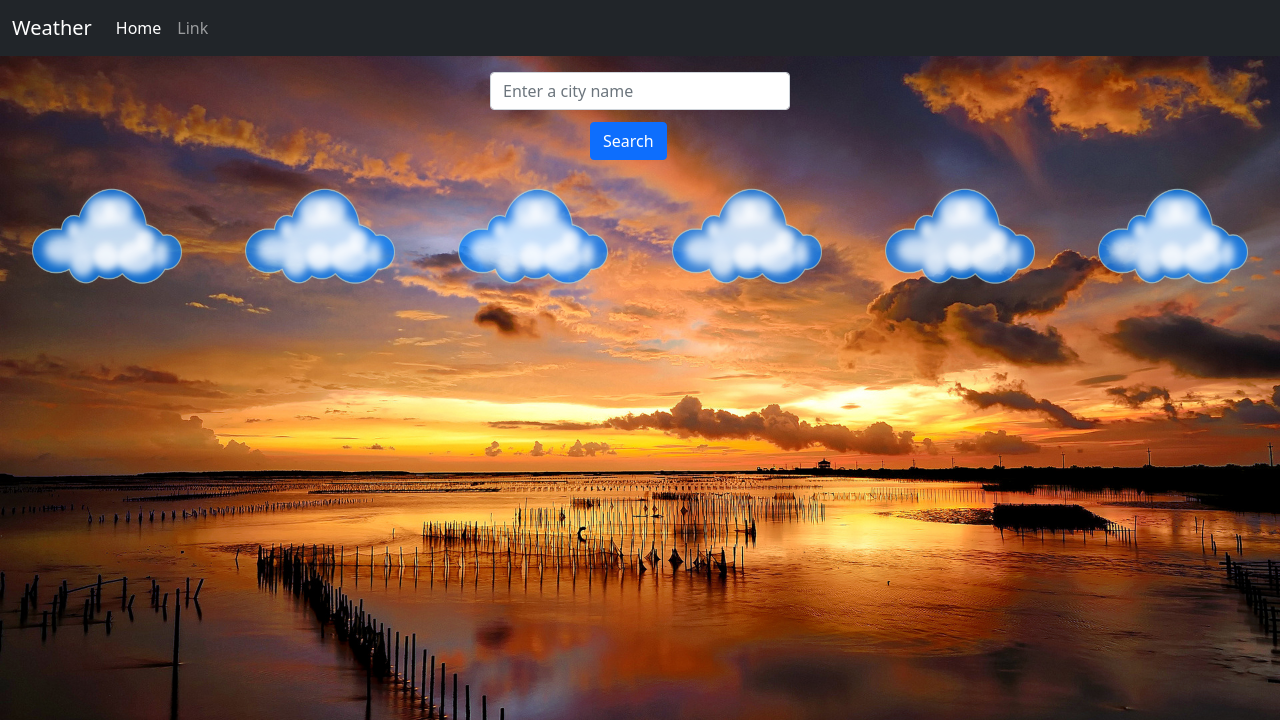
Repository: rohitbharti258/Project_Weather_finder
Page: index.html
The author's editor kept a copy of each file at every save. The page is drawn from the files as they stood at one save, then again after the next save.
The browser window is 1280 px wide. The pictures show the whole page.

Above is the page before, as saved 2022-02-28 12:59:40.

### index.html
<!DOCTYPE html>
<html lang="en">

<head>
    <meta charset="UTF-8">
    <meta http-equiv="X-UA-Compatible" content="IE=edge">
    <meta name="viewport" content="width=device-width, initial-scale=1.0">
    <title>Weather App</title>
    <link rel="stylesheet" href="style.css">
    <link href="https://cdn.jsdelivr.net/npm/bootstrap@5.1.3/dist/css/bootstrap.min.css" rel="stylesheet"
        integrity="sha384-1BmE4kWBq78iYhFldvKuhfTAU6auU8tT94WrHftjDbrCEXSU1oBoqyl2QvZ6jIW3" crossorigin="anonymous">
</head>

<body>
    <nav class="navbar navbar-expand-lg navbar-dark bg-dark">
        <div class="container-fluid">
            <a class="navbar-brand" href="#">Weather</a>
            <button class="navbar-toggler" type="button" data-bs-toggle="collapse"
                data-bs-target="#navbarSupportedContent" aria-controls="navbarSupportedContent" aria-expanded="false"
                aria-label="Toggle navigation">
                <span class="navbar-toggler-icon"></span>
            </button>
            <div class="collapse navbar-collapse" id="navbarSupportedContent">
                <ul class="navbar-nav me-auto mb-2 mb-lg-0">
                    <li class="nav-item">
                        <a class="nav-link active" aria-current="page" href="#">Home</a>
                    </li>
                    <li class="nav-item">
                        <a class="nav-link" href="#">Link</a>
                    </li>
                </ul>
            </div>
        </div>
    </nav>
    <div class="cloud">
        <img src="./cloud.png" alt="" srcset="">
        <img src="./cloud.png" alt="" srcset="">
        <img src="./cloud.png" alt="" srcset="">
        <img src="./cloud.png" alt="" srcset="">
        <img src="./cloud.png" alt="" srcset="">
        <img src="./cloud.png" alt="" srcset="">
    </div>
    <div class="container my-3">
        <div class="form">
        <!-- <form class="row g-3 ">  -->
            <div class="col-auto" style="width: 300px;">
                <input type="text" class="form-control" id="inputPassword2" placeholder="Enter a city name">
            </div>
            <div class="col-auto">
                <button type="submit" class="btn btn-primary mb-3">Search</button>
            </div>
        <!-- </form> -->
        </div>
    <!-- </div> -->
    <div class="weatherBox">

    </div>
    </div>
    <script src="index.js"></script>
    <!-- <script src="https://cdn.jsdelivr.net/npm/@popperjs/core@2.10.2/dist/umd/popper.min.js"
        integrity="sha384-7+zCNj/IqJ95wo16oMtfsKbZ9ccEh31eOz1HGyDuCQ6wgnyJNSYdrPa03rtR1zdB"
        crossorigin="anonymous"></script>
    <script src="https://cdn.jsdelivr.net/npm/bootstrap@5.1.3/dist/js/bootstrap.min.js"
        integrity="sha384-QJHtvGhmr9XOIpI6YVutG+2QOK9T+ZnN4kzFN1RtK3zEFEIsxhlmWl5/YESvpZ13"
        crossorigin="anonymous"></script>
    <script type="module" src="https://unpkg.com/ionicons@5.5.2/dist/ionicons/ionicons.esm.js"></script>
    <script nomodule src="https://unpkg.com/ionicons@5.5.2/dist/ionicons/ionicons.js"></script> -->
</body>

<!-- // <img src="https://img.icons8.com/color/48/000000/wet.png"/>
// <img src="https://img.icons8.com/color/48/000000/partly-cloudy-day--v1.png"/>
// <img src="https://img.icons8.com/color/48/000000/rain--v2.png"/>  -->


</html>

### style.css
body {
    /* background:linear-gradient(180deg,#5959b3 0%,skyBlue 100%); */
    background: url("./img/bgimg.jpg");
    /* background: url("https://cdn.wallpapersafari.com/43/51/iQEfDy.jpg"); */
    background-repeat: no-repeat;
    background-size: cover;
    width: 100vw;
    height: 100vh;
}

.form {
    width: 300px;
    margin: 0 auto;
}
.cloud{
    display: flex;
    justify-content: space-around;
    align-items: center;
    position: absolute;
    bottom:10px;
    min-width:100%;
    animation: cloud 7s linear infinite;
}
@keyframes cloud {
    0%{
        bottom: -100px;
    }
    100%{
        bottom:90%;
    }
}
.cloud img{
    width:150px;
    height:100px;
}
.weatherBox {
    margin-left: 120px;
    width: 235px;
    height: 300px;
    margin: 0 auto;
    z-index: 1000;
}

.Box {
    display: flex;
    flex-direction: column;
    width: 100%;
    box-shadow: 0px 20px 20px rgba(255, 255, 255, 0.3);
    height: 100%;
    /* border:2px solid; */
    /* border-color: linear-gradient(red,blue); */
    border-radius: 10px;
}

.temp {
    margin-bottom: 15px;
    display: flex;
    justify-content: space-around;
    flex-direction: column;
    float: right;
    font-size: 13px;
    position: absolute;
    right: 40px;
    font-family: -apple-system, BlinkMacSystemFont, 'Segoe UI', Roboto, Oxygen, Ubuntu, Cantarell, 'Open Sans', 'Helvetica Neue', sans-serif;
}

.tempNow {
    text-align: center;
}

.minmax {
    display: flex;
    justify-content: center;
    /* display: none; */
}

.minmax :first-child {
    margin-right: 5px;
}

.cardBox {
    /* border: 2px solid red; */
    width: 100%;
    height: 100%;
    position: relative;
    display: flex;
    justify-content: center;
    align-items: center;
    z-index: 10;
    background: linear-gradient( 135deg, #2196f3, #00bcd4);
    /* border-radius: 20px; */
    /* border-bottom: 2px solid red; */
}

.content {
    width: 100%;
    height: 170px;
    /* border: 1px solid green; */
    /* border: 1px solid #009688; */
    /* border-radius: 20px; */
    border-top: none;
    padding: 30px;
    position: relative;
    backdrop-filter: blur(10px);
    background: linear-gradient( 45deg, black, transparent);
}


/* .content::before{
    content: "";
    position: absolute;
    top: -15px;
    width: 16px;
    left: -1px;
    z-index: 1;
    background: linear-gradient(45deg,black,transparent);
        backdrop-filter:blur(10px);
    height: 16px; */


/* } */


/* .content::after{
    content: "";
    position: absolute;
    top: -12px;
    width: 1px;
    right: -1px; background:#009688;
    height: 10px;
} */

.location {
    display: flex;
    justify-content: space-between;
}

.weather {
    display: flex;
    justify-content: space-between;
}

img {
    width: 22px;
    height: 22px;
}

span p {
    text-align: center;
}

.cardinfo {
    width: 350px;
    display: flex;
}

.date {
    position: absolute;
    top: 0;
    right: 10px;
}

.name {
    position: absolute;
    top: 0;
    left: 10px;
}

.cloudinfo img {
    width: 68px;
    height: 68px;
}

.cloudinfo p {
    font-size: 13px;
    color: rgb(15, 7, 7);
    text-align: center;
}

.content span {
    text-align: center;
}

span p {
    font-size: 10px;
    color: white;
    text-align: center;
    display: flex;
    flex-direction: column;
    align-items: center;
    margin: 0;
}

.form :nth-child(2) {
    margin: 12px auto;
    width: 100px;
}

### index.js
console.log("Weather app")
const btn = document.querySelector(".btn");
const input = document.querySelector(".form-control");
const api = "51d41d6f1c399b2abc7a3fcbfbb057c7";
const weatherBox = document.querySelector(".weatherBox")
let city = "";
const arr = ["Jan", "Feb", "Mar", "Apr", "May", "Jun", "Jul", "Aug", "Sep", "Oct", "Nov", "Dec"];
btn.addEventListener("click", (e) => {
    console.log(e);
    e.preventDefault();
    let str2 = ""
    city = input.value;
    console.log(city)
    input.value = ""
    const xhr = new XMLHttpRequest();
    xhr.open("GET", `https://api.openweathermap.org/data/2.5/weather?q=${city}&appid=${api}`, true);

    xhr.onload = function() {
        let obj = JSON.parse(this.responseText);
        console.log(obj.cod)
        if (obj.cod === 429) {
            str2 += obj.message;
            weatherBox.innerHTML = str2;
        } else
        if (this.status == 200) {

            let ob = [];
            // console.log(ob.push(...obj))/
            let cardbox = document.querySelector(".cardBox");
            let content = document.querySelector(".content")
            str = "";
            str2 = "";
            let sunrise = displayEndtime(obj.sys.sunrise);
            let sunset = displayEndtime(obj.sys.sunset);
            let date = displayDay();
            let c = `&#8451`;
            if (obj.cod == "404") {

            } else {
                str += `
            <div class="Box">
                <div class="cardBox">
                    <div class="cloudinfo">
                      <img src=${"./img/"}${obj.weather[0].main}${".png"}>
                      <p>${obj.weather[0].main}${" | "}${"Feels like "}${(obj.main.feels_like-273).toFixed(0)}${c}</p>
                    </div>
                    <div class="name">
                       <span>${obj.name}${" ,"}${obj.sys.country}</span>
                    </div>
                    <div class="date">
                       <p>${date}</p>
                    </div>
                    <div class="temp">
                        <span class="tempNow">${(obj.main.temp -273.15).toFixed(0)}${c}</span>
                        <div class="minmax">
                           <span class="mintemp">${(obj.main.temp_min-273.15).toFixed(0)}${c}</span>
                           <span class="maxtemp">${(obj.main.temp_max-273.15).toFixed(0)}${c}</span>
                        </div>
                    </div>
                </div>
                <div class="content">
                    <div class="weather">
                        <span class="humidity"><img src="./img/blur.png"/>
                           <p>${obj.main.humidity}${"%"}</p>
                           <p>Humidity</p>
                        </span>
                        <span class="wind"><img src="./img/wind.png"/>
                           <p>${obj.wind.speed}${"m/s"}</p>
                           <p>Wind</p>
                        </span>
                        <span class="sunrise"> <img src="./img/sunrise.png"/>
                           <p>${sunrise}</p>
                           <p>Sunrise</p>
                        </span>
                    </div>
                    <div class="location">
                        <span class="lat">  <img src="./img/latitude.png"/>
                          <p>${obj.coord.lat.toFixed(2)}</p>
                          <p>Latitude</p>
                        </span>
                        <span class="lon"> <img src="./img/longitude.png"/>
                          <p>${obj.coord.lon.toFixed(2)}</p><p>Longitude</p></span>
                        <span class="sunrise"><img src="./img/sunset.png"/>
                          <p>${sunset}</p>
                          <p>Sunset</p>
                        </span>
                    </div>
                </div>
            </div>`;
                weatherBox.innerHTML = str;
                // console.log(str);
            }
        } else {
            console.log("error");
            str2 += "City not found";
            weatherBox.innerHTML = str2;
        }
    }
    xhr.send();
});

function displayEndtime(tstamp) {
    const end = new Date(tstamp);

    const hour = end.getHours();
    const min = end.getMinutes();
    const dis = `${hour > 12 ? hour - 12 : hour}:${min < 10 ? "0" : ""}${min}`;
    return dis;
}

function displayDay() {
    const end = new Date();

    const date = end.getDate();
    const mon = end.getMonth();
    const dis = `${arr[mon]}${","}${date}`;
    return dis;
}

After the next save:
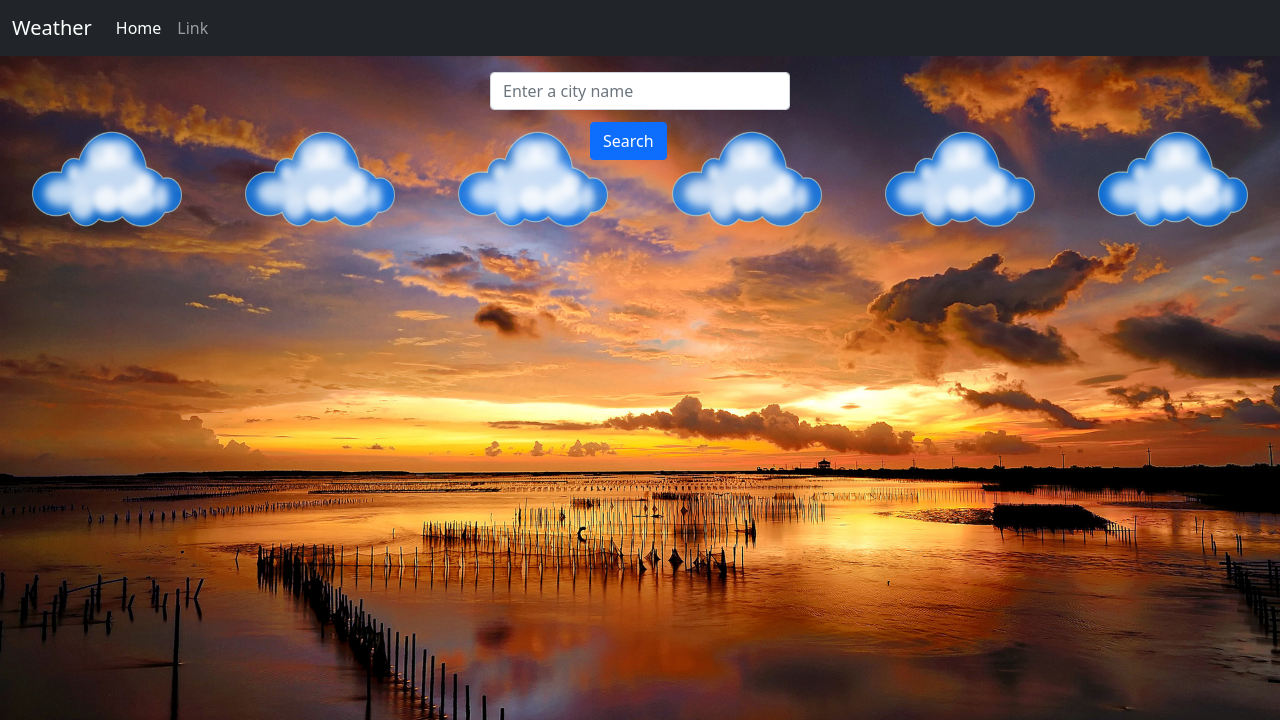
Saved 14 s later.
--- a/style.css
+++ b/style.css
@@ -23,7 +23,7 @@ body {
 }
 @keyframes cloud {
     0%{
-        bottom: -100px;
+        bottom: 100px;
     }
     100%{
         bottom:90%;
